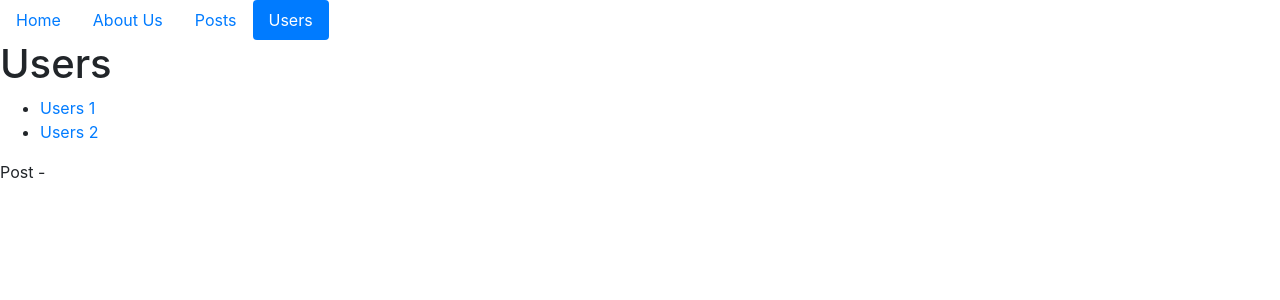
Repository: toufik17/vuejs
Page: /users/1
The author's editor kept a copy of each file at every save. The page is drawn from the files as they stood at one save, then again after the next save.
The browser window is 1280 px wide. The pictures show the whole page.
The project was rebuilt for these pictures with package versions that can differ from the ones it lists, and the page was loaded fresh each time. Also part of the build but not shown: src/components/Home.vue, src/components/About.vue, src/components/Post.vue, src/components/Posts.vue, src/components/users/UsersHome.vue.

Above is the page before, as saved 2019-03-06 11:41:40.

After the next save:
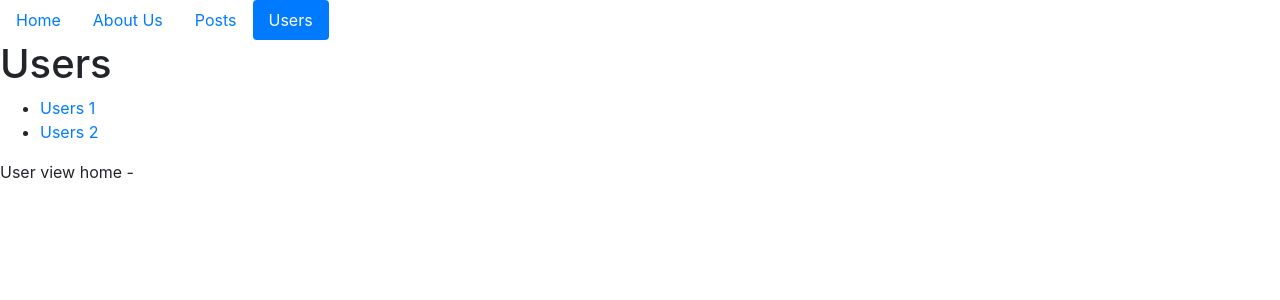
Saved 9 s later.
--- a/src/components/users/UsersViewHome.vue
+++ b/src/components/users/UsersViewHome.vue
@@ -1,6 +1,6 @@
 <template>
     <div>
-        Post - {{id}}
+        User view home - {{id}}
     </div>
 </template>
 
